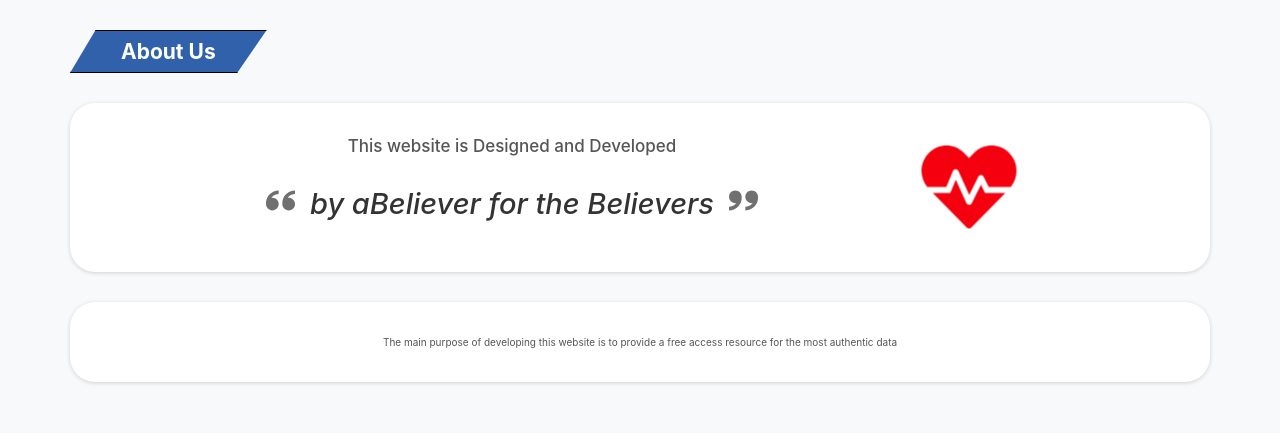
Repository: SpicierEwe/islamic-dev-repo
Page: /legal/about_us
The author's editor kept a copy of each file at every save. The page is drawn from the files as they stood at one save, then again after the next save.
The browser window is 1280 px wide. The pictures show the whole page.
The project was rebuilt for these pictures with package versions that can differ from the ones it lists, and the page was loaded fresh each time. The framework's server and built-in components were replaced by stand-ins that run in the browser. Also part of the build but not shown: next.config.js.

Above is the page before, as saved 2022-09-16 17:27:48.

### pages/_app.js
import "../styles/globals.css";
import { DataContextProvider } from "../store/data_context";

function MyApp({ Component, pageProps }) {
  return (
    <DataContextProvider>
      <Component {...pageProps} />
    </DataContextProvider>
  );
}

export default MyApp;

### pages/legal/about_us.js
import AboutUs from "../../components/legal/about_us/about_us";

export default function Legal() {
  return (
    <div>
      <AboutUs></AboutUs>
    </div>
  );
}

### styles/globals.css
html,
body,
div,
span,
applet,
object,
iframe,
h1,
h2,
h3,
h4,
h5,
h6,
p,
blockquote,
pre,
a,
abbr,
acronym,
address,
big,
cite,
code,
del,
dfn,
em,
img,
ins,
kbd,
q,
s,
samp,
small,
strike,
strong,
sub,
sup,
tt,
var,
b,
u,
i,
center,
dl,
dt,
dd,
ol,
ul,
li,
fieldset,
form,
label,
legend,
table,
caption,
tbody,
tfoot,
thead,
tr,
th,
td,
article,
aside,
canvas,
details,
embed,
figure,
figcaption,
footer,
header,
hgroup,
menu,
nav,
output,
ruby,
section,
summary,
time,
mark,
audio,
video {
  margin: 0;
  padding: 0;
  border: 0;
  vertical-align: baseline;
}
/* HTML5 display-role reset for older browsers */
article,
aside,
details,
figcaption,
figure,
footer,
header,
hgroup,
menu,
nav,
section {
  display: block;
}
body {
  line-height: 1;
}
ol,
ul {
  list-style: none;
}
blockquote,
q {
  quotes: none;
}
blockquote:before,
blockquote:after,
q:before,
q:after {
  content: "";
  content: none;
}
table {
  border-collapse: collapse;
  border-spacing: 0;
}

/*

 ////////////////////////////////////////////////////////////////////////////from here are the styles
 //////////////////////////////////////////////////////////////////////////

*/

:root {
  --complementary-blue: #0077b6;
  --heading_black: #080808;
}

html {
  font-size: 62.5%;
}

html,
body {
  padding: 0;
  margin: 0;
  /* font-family: "Roboto", "Open Sans", sans-serif, -apple-system,
    BlinkMacSystemFont, Segoe UI, Roboto, Oxygen, Ubuntu, Cantarell, Fira Sans,
    Droid Sans, Helvetica Neue, sans-serif; */

  font-family: -apple-system, BlinkMacSystemFont, Segoe UI, Roboto, Oxygen,
    Ubuntu, Cantarell, Fira Sans, Droid Sans, Helvetica Neue, sans-serif;
  font-weight: 400;
  line-height: 1;
  color: #555;
  box-sizing: border-box;

  background-color: #f8f9fb;

  /* will make the website unselectable/copyable */
  /* -webkit-touch-callout: none;
  -webkit-user-select: none;
  -khtml-user-select: none;
  -moz-user-select: none;
  -ms-user-select: none;
  user-select: none; */
}

a {
  color: inherit;
  text-decoration: none;
}

* {
  box-sizing: border-box;
}

### store/data_context.js
import { createContext, useState } from "react";

const DataContext = createContext({
  db: [],
  downlodable_data: [],
  globaliseDataFunction: (data) => {},
  globaliseDownloadableData: (data) => {},
});

export function DataContextProvider(props) {
  const [db, setDb] = useState([]);
  const [downlodableData, setdownlodableData] = useState([]);

  // globalize db
  function globaliseData(data) {
    /// will update the data
    setDb(data);
  }

  // globalize db
  function globaliseDownloadableData(data) {
    /// will update the data
    setdownlodableData(data);
  }

  const context = {
    db: db,
    downlodable_data: downlodableData,
    globaliseDataFunction: globaliseData,
    globaliseDownloadableData: globaliseDownloadableData,
  };

  return (
    <DataContext.Provider value={context}>
      {props.children}
    </DataContext.Provider>
  );
}

export default DataContext;

### components/legal/about_us/about_us.js
import styles from "./about_us.module.css";
import Image from "next/image";
import { ImQuotesLeft, ImQuotesRight } from "react-icons/im";
import { FaHeartbeat } from "react-icons/fa";

export default function AboutUs(props) {
  return (
    <div className={styles.bg}>
      <h1 className={styles.page_title}>About Us</h1>
      <div className={styles.container_development}>
        <div>
          <p className={styles.intro}>This website is Designed and Developed</p>
          <blockquote>
            <h3 className={styles.quote}>
              <ImQuotesLeft color="#707070" style={{ marginRight: "1.5rem" }} />
              by aBeliever for the Believers
              <ImQuotesRight color="#707070" style={{ marginLeft: "1.5rem" }} />
            </h3>
          </blockquote>
        </div>
        <div className={styles.heart_icon}>
          <FaHeartbeat size="9rem" color="f4000e" />
        </div>
      </div>
      <div className={styles.container_development}>
        <p>
          The main purpose of developing this website is to provide a free
          access resource for the most authentic data
        </p>
      </div>
    </div>
  );
}

### components/legal/about_us/about_us.module.css
.bg {
  /* background-color: red; */
  max-width: 120rem;
  padding: 0 3rem;
  margin: 0 auto;
}

.page_title {
  margin-top: 3rem;
  display: inline-block;
  clip-path: polygon(13% 0, 100% 0%, 85% 100%, 0% 100%);
  background-color: #3061aa;
  color: white;
  border: 1px solid black;
  padding: 1rem 5rem;
  font-size: 2.1rem;
}

.container_development {
  justify-content: center;
  align-items: center;
  display: flex;
  border-radius: 2.5rem;
  margin-top: 3rem;
  background-color: white;
  padding: 3.5rem 3rem;
  box-shadow: rgba(0, 0, 0, 0.16) 0px 1px 4px;
  justify-content: space-evenly;
}

.intro {
  text-align: center;
  font-weight: 500;
  color: #555;
  font-size: 1.7rem;
}

.quote {
  margin-top: 3rem;
  color: #333;
  font-weight: 500;
  font-size: 2.9rem;
  font-style: italic;
  padding-bottom: 1.9rem;
  text-align: center;
}

/* heart icon */
.heart_icon {
  animation: heartBeat 1.5s infinite;
}

/* heart icon animation */
@keyframes heartBeat {
  0% {
    transform: scale(1);
  }
  20% {
    transform: scale(1.1);
  }
  40% {
    transform: scale(1);
  }
  60% {
    transform: scale(1.1);
  }
  80% {
    transform: scale(1);
  }
  100% {
    transform: scale(1);
  }
}

/* media query */
@media (max-width: 768px) {
  .container_development {
    flex-direction: column;
    row-gap: 1.5rem;
  }
}

After the next save:
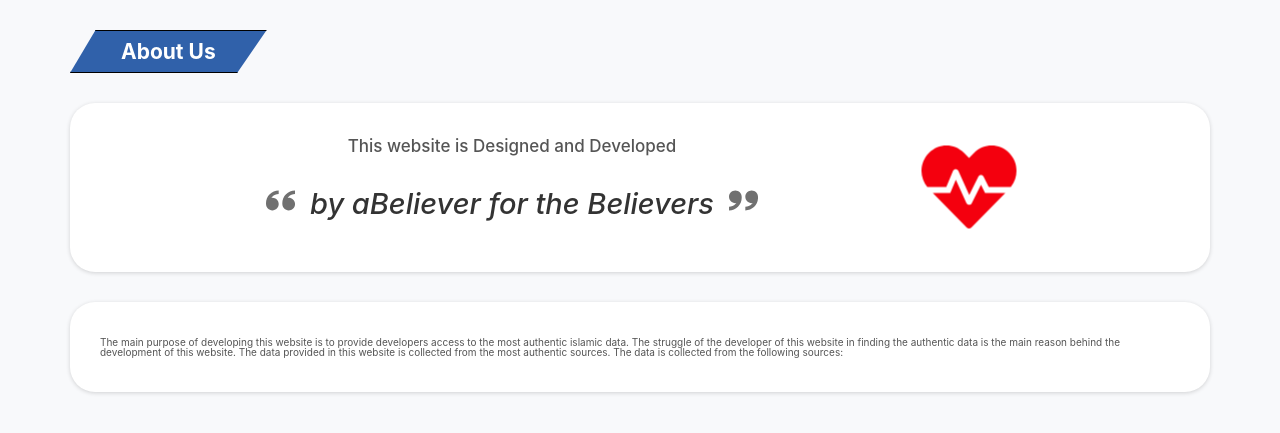
Saved 93 s later.
--- a/components/legal/about_us/about_us.js
+++ b/components/legal/about_us/about_us.js
@@ -24,8 +24,12 @@ export default function AboutUs(props) {
       </div>
       <div className={styles.container_development}>
         <p>
-          The main purpose of developing this website is to provide a free
-          access resource for the most authentic data
+          The main purpose of developing this website is to provide developers
+          access to the most authentic islamic data. The struggle of the
+          developer of this website in finding the authentic data is the main
+          reason behind the development of this website. The data provided in
+          this website is collected from the most authentic sources. The data is
+          collected from the following sources:
         </p>
       </div>
     </div>
